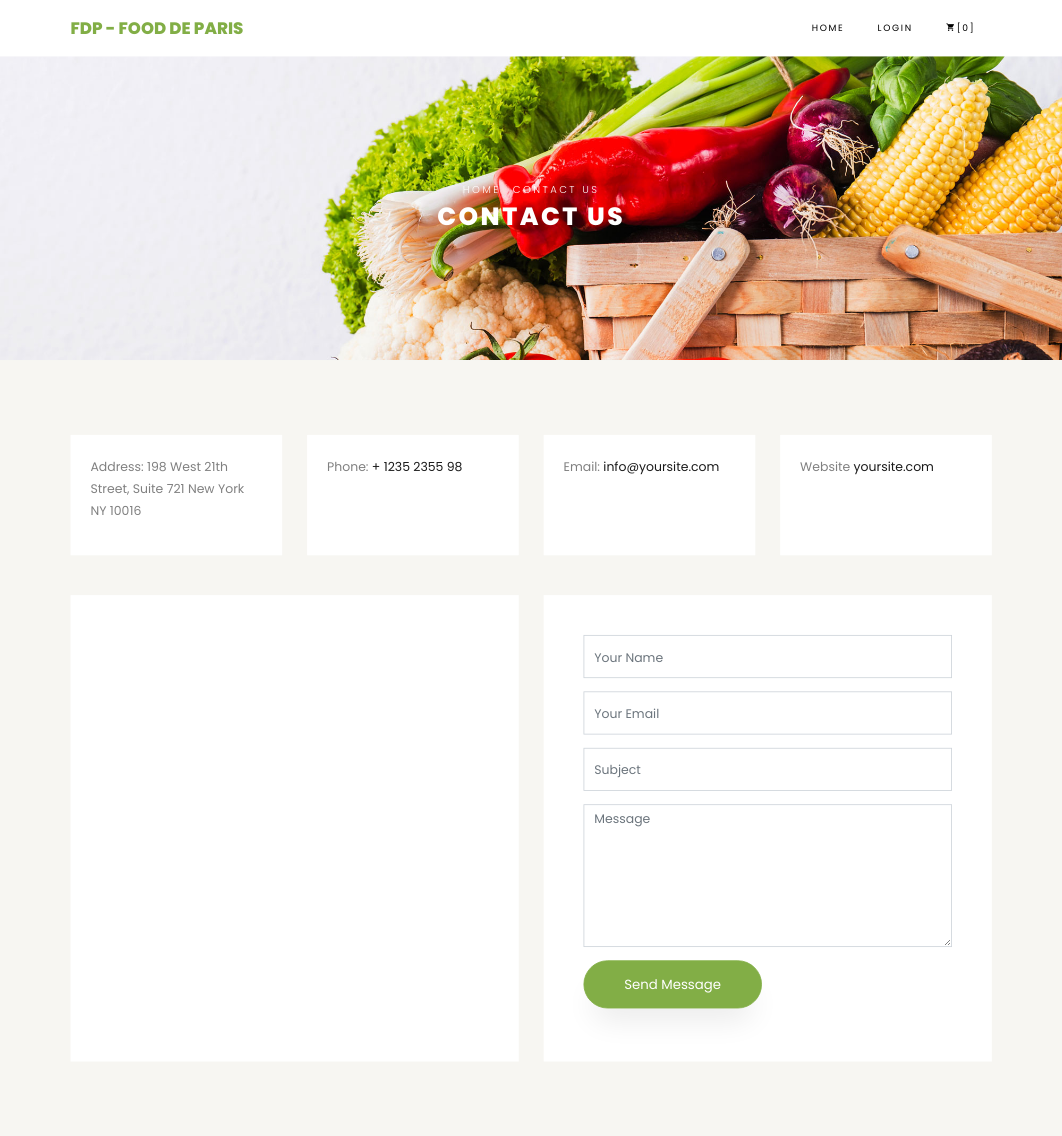
Repository: MacCampers/java-stuff
Page: workspaceJSP/projetRestaurant/WebContent/contact.html
These files come from the project's save history. The page is drawn as it stood at one moment and after the next save; the edit follows.
The browser window is 1280 px wide. The pictures show the whole page, at 83% of full size.
Some web fonts or font styles are not loaded; a fallback is used.

Above is the page before, as saved 2020-02-07 14:00:12.

### workspaceJSP/projetRestaurant/WebContent/contact.html
<!DOCTYPE html>
<html lang="en">
<head>
<title>FDP - Food De Paris</title>
<meta charset="utf-8">
<meta name="viewport"
	content="width=device-width, initial-scale=1, shrink-to-fit=no">

<link
	href="https://fonts.googleapis.com/css?family=Poppins:200,300,400,500,600,700,800&display=swap"
	rel="stylesheet">
<link
	href="https://fonts.googleapis.com/css?family=Lora:400,400i,700,700i&display=swap"
	rel="stylesheet">
<link
	href="https://fonts.googleapis.com/css?family=Amatic+SC:400,700&display=swap"
	rel="stylesheet">

<link rel="stylesheet" href="css/open-iconic-bootstrap.min.css">
<link rel="stylesheet" href="css/animate.css">

<link rel="stylesheet" href="css/owl.carousel.min.css">
<link rel="stylesheet" href="css/owl.theme.default.min.css">
<link rel="stylesheet" href="css/magnific-popup.css">

<link rel="stylesheet" href="css/aos.css">

<link rel="stylesheet" href="css/ionicons.min.css">

<link rel="stylesheet" href="css/bootstrap-datepicker.css">
<link rel="stylesheet" href="css/jquery.timepicker.css">

<link rel="stylesheet" href="css/flaticon.css">
<link rel="stylesheet" href="css/icomoon.css">
<link rel="stylesheet" href="css/style.css">
</head>
<body class="goto-here">

	<nav
		class="navbar navbar-expand-lg navbar-dark ftco_navbar bg-dark ftco-navbar-light"
		id="ftco-navbar">
		<div class="container">
			<a class="navbar-brand" href="index.html">FDP - Food De Paris</a>
			<button class="navbar-toggler" type="button" data-toggle="collapse"
				data-target="#ftco-nav" aria-controls="ftco-nav"
				aria-expanded="false" aria-label="Toggle navigation">
				<span class="oi oi-menu"></span> Menu
			</button>

			<div class="collapse navbar-collapse" id="ftco-nav">
				<ul class="navbar-nav ml-auto">
					<li class="nav-item active"><a href="index.html"
						class="nav-link">Home</a></li>
					<li class="nav-item active"><a href="index.html"
						class="nav-link">Login</a></li>

					<li class="nav-item cta cta-colored"><a href="cart.html"
						class="nav-link"><span class="icon-shopping_cart"></span>[0]</a></li>

				</ul>
			</div>
		</div>
	</nav>
    <!-- END nav -->

    <div class="hero-wrap hero-bread" style="background-image: url('images/bg_1.jpg');">
      <div class="container">
        <div class="row no-gutters slider-text align-items-center justify-content-center">
          <div class="col-md-9 ftco-animate text-center">
          	<p class="breadcrumbs"><span class="mr-2"><a href="index.html">Home</a></span> <span>Contact us</span></p>
            <h1 class="mb-0 bread">Contact us</h1>
          </div>
        </div>
      </div>
    </div>

    <section class="ftco-section contact-section bg-light">
      <div class="container">
      	<div class="row d-flex mb-5 contact-info">
          <div class="w-100"></div>
          <div class="col-md-3 d-flex">
          	<div class="info bg-white p-4">
	            <p><span>Address:</span> 198 West 21th Street, Suite 721 New York NY 10016</p>
	          </div>
          </div>
          <div class="col-md-3 d-flex">
          	<div class="info bg-white p-4">
	            <p><span>Phone:</span> <a href="tel://1234567920">+ 1235 2355 98</a></p>
	          </div>
          </div>
          <div class="col-md-3 d-flex">
          	<div class="info bg-white p-4">
	            <p><span>Email:</span> <a href="mailto:info@yoursite.com">info@yoursite.com</a></p>
	          </div>
          </div>
          <div class="col-md-3 d-flex">
          	<div class="info bg-white p-4">
	            <p><span>Website</span> <a href="#">yoursite.com</a></p>
	          </div>
          </div>
        </div>
        <div class="row block-9">
          <div class="col-md-6 order-md-last d-flex">
            <form action="#" class="bg-white p-5 contact-form">
              <div class="form-group">
                <input type="text" class="form-control" placeholder="Your Name">
              </div>
              <div class="form-group">
                <input type="text" class="form-control" placeholder="Your Email">
              </div>
              <div class="form-group">
                <input type="text" class="form-control" placeholder="Subject">
              </div>
              <div class="form-group">
                <textarea name="" id="" cols="30" rows="7" class="form-control" placeholder="Message"></textarea>
              </div>
              <div class="form-group">
                <input type="submit" value="Send Message" class="btn btn-primary py-3 px-5">
              </div>
            </form>

          </div>

          <div class="col-md-6 d-flex">
          	<div id="map" class="bg-white"></div>
          </div>
        </div>
      </div>
    </section>


  <!-- loader -->
  <div id="ftco-loader" class="show fullscreen"><svg class="circular" width="48px" height="48px"><circle class="path-bg" cx="24" cy="24" r="22" fill="none" stroke-width="4" stroke="#eeeeee"/><circle class="path" cx="24" cy="24" r="22" fill="none" stroke-width="4" stroke-miterlimit="10" stroke="#F96D00"/></svg></div>


  <script src="js/jquery.min.js"></script>
  <script src="js/jquery-migrate-3.0.1.min.js"></script>
  <script src="js/popper.min.js"></script>
  <script src="js/bootstrap.min.js"></script>
  <script src="js/jquery.easing.1.3.js"></script>
  <script src="js/jquery.waypoints.min.js"></script>
  <script src="js/jquery.stellar.min.js"></script>
  <script src="js/owl.carousel.min.js"></script>
  <script src="js/jquery.magnific-popup.min.js"></script>
  <script src="js/aos.js"></script>
  <script src="js/jquery.animateNumber.min.js"></script>
  <script src="js/bootstrap-datepicker.js"></script>
  <script src="js/scrollax.min.js"></script>
  <script src="js/main.js"></script>

  </body>
</html>

### workspaceJSP/projetRestaurant/WebContent/js/main.js
 AOS.init({
 	duration: 800,
 	easing: 'slide'
 });

(function($) {

	"use strict";

	var isMobile = {
		Android: function() {
			return navigator.userAgent.match(/Android/i);
		},
			BlackBerry: function() {
			return navigator.userAgent.match(/BlackBerry/i);
		},
			iOS: function() {
			return navigator.userAgent.match(/iPhone|iPad|iPod/i);
		},
			Opera: function() {
			return navigator.userAgent.match(/Opera Mini/i);
		},
			Windows: function() {
			return navigator.userAgent.match(/IEMobile/i);
		},
			any: function() {
			return (isMobile.Android() || isMobile.BlackBerry() || isMobile.iOS() || isMobile.Opera() || isMobile.Windows());
		}
	};


	$(window).stellar({
    responsive: true,
    parallaxBackgrounds: true,
    parallaxElements: true,
    horizontalScrolling: false,
    hideDistantElements: false,
    scrollProperty: 'scroll'
  });


	var fullHeight = function() {

		$('.js-fullheight').css('height', $(window).height());
		$(window).resize(function(){
			$('.js-fullheight').css('height', $(window).height());
		});

	};
	fullHeight();

	// loader
	var loader = function() {
		setTimeout(function() {
			if($('#ftco-loader').length > 0) {
				$('#ftco-loader').removeClass('show');
			}
		}, 1);
	};
	loader();

	// Scrollax
   $.Scrollax();

	var carousel = function() {
		$('.home-slider').owlCarousel({
	    loop:true,
	    autoplay: true,
	    margin:0,
	    animateOut: 'fadeOut',
	    animateIn: 'fadeIn',
	    nav:false,
	    autoplayHoverPause: false,
	    items: 1,
	    navText : ["<span class='ion-md-arrow-back'></span>","<span class='ion-chevron-right'></span>"],
	    responsive:{
	      0:{
	        items:1
	      },
	      600:{
	        items:1
	      },
	      1000:{
	        items:1
	      }
	    }
		});

		$('.carousel-testimony').owlCarousel({
			center: true,
			loop: true,
			items:1,
			margin: 30,
			stagePadding: 0,
			nav: false,
			navText: ['<span class="ion-ios-arrow-back">', '<span class="ion-ios-arrow-forward">'],
			responsive:{
				0:{
					items: 1
				},
				600:{
					items: 3
				},
				1000:{
					items: 3
				}
			}
		});

	};
	carousel();

	$('nav .dropdown').hover(function(){
		var $this = $(this);
		// 	 timer;
		// clearTimeout(timer);
		$this.addClass('show');
		$this.find('> a').attr('aria-expanded', true);
		// $this.find('.dropdown-menu').addClass('animated-fast fadeInUp show');
		$this.find('.dropdown-menu').addClass('show');
	}, function(){
		var $this = $(this);
			// timer;
		// timer = setTimeout(function(){
			$this.removeClass('show');
			$this.find('> a').attr('aria-expanded', false);
			// $this.find('.dropdown-menu').removeClass('animated-fast fadeInUp show');
			$this.find('.dropdown-menu').removeClass('show');
		// }, 100);
	});


	$('#dropdown04').on('show.bs.dropdown', function () {
	  console.log('show');
	});

	// scroll
	var scrollWindow = function() {
		$(window).scroll(function(){
			var $w = $(this),
					st = $w.scrollTop(),
					navbar = $('.ftco_navbar'),
					sd = $('.js-scroll-wrap');

			if (st > 150) {
				if ( !navbar.hasClass('scrolled') ) {
					navbar.addClass('scrolled');
				}
			}
			if (st < 150) {
				if ( navbar.hasClass('scrolled') ) {
					navbar.removeClass('scrolled sleep');
				}
			}
			if ( st > 350 ) {
				if ( !navbar.hasClass('awake') ) {
					navbar.addClass('awake');
				}

				if(sd.length > 0) {
					sd.addClass('sleep');
				}
			}
			if ( st < 350 ) {
				if ( navbar.hasClass('awake') ) {
					navbar.removeClass('awake');
					navbar.addClass('sleep');
				}
				if(sd.length > 0) {
					sd.removeClass('sleep');
				}
			}
		});
	};
	scrollWindow();


	var counter = function() {

		$('#section-counter').waypoint( function( direction ) {

			if( direction === 'down' && !$(this.element).hasClass('ftco-animated') ) {

				var comma_separator_number_step = $.animateNumber.numberStepFactories.separator(',')
				$('.number').each(function(){
					var $this = $(this),
						num = $this.data('number');
						console.log(num);
					$this.animateNumber(
					  {
					    number: num,
					    numberStep: comma_separator_number_step
					  }, 7000
					);
				});

			}

		} , { offset: '95%' } );

	}
	counter();

	var contentWayPoint = function() {
		var i = 0;
		$('.ftco-animate').waypoint( function( direction ) {

			if( direction === 'down' && !$(this.element).hasClass('ftco-animated') ) {

				i++;

				$(this.element).addClass('item-animate');
				setTimeout(function(){

					$('body .ftco-animate.item-animate').each(function(k){
						var el = $(this);
						setTimeout( function () {
							var effect = el.data('animate-effect');
							if ( effect === 'fadeIn') {
								el.addClass('fadeIn ftco-animated');
							} else if ( effect === 'fadeInLeft') {
								el.addClass('fadeInLeft ftco-animated');
							} else if ( effect === 'fadeInRight') {
								el.addClass('fadeInRight ftco-animated');
							} else {
								el.addClass('fadeInUp ftco-animated');
							}
							el.removeClass('item-animate');
						},  k * 50, 'easeInOutExpo' );
					});

				}, 100);

			}

		} , { offset: '95%' } );
	};
	contentWayPoint();


	// navigation
	var OnePageNav = function() {
		$(".smoothscroll[href^='#'], #ftco-nav ul li a[href^='#']").on('click', function(e) {
		 	e.preventDefault();

		 	var hash = this.hash,
		 			navToggler = $('.navbar-toggler');
		 	$('html, body').animate({
		    scrollTop: $(hash).offset().top
		  }, 700, 'easeInOutExpo', function(){
		    window.location.hash = hash;
		  });


		  if ( navToggler.is(':visible') ) {
		  	navToggler.click();
		  }
		});
		$('body').on('activate.bs.scrollspy', function () {
		  console.log('nice');
		})
	};
	OnePageNav();


	// magnific popup
	$('.image-popup').magnificPopup({
    type: 'image',
    closeOnContentClick: true,
    closeBtnInside: false,
    fixedContentPos: true,
    mainClass: 'mfp-no-margins mfp-with-zoom', // class to remove default margin from left and right side
     gallery: {
      enabled: true,
      navigateByImgClick: true,
      preload: [0,1] // Will preload 0 - before current, and 1 after the current image
    },
    image: {
      verticalFit: true
    },
    zoom: {
      enabled: true,
      duration: 300 // don't foget to change the duration also in CSS
    }
  });

  $('.popup-youtube, .popup-vimeo, .popup-gmaps').magnificPopup({
    disableOn: 700,
    type: 'iframe',
    mainClass: 'mfp-fade',
    removalDelay: 160,
    preloader: false,

    fixedContentPos: false
  });



	var goHere = function() {

		$('.mouse-icon').on('click', function(event){

			event.preventDefault();

			$('html,body').animate({
				scrollTop: $('.goto-here').offset().top
			}, 500, 'easeInOutExpo');

			return false;
		});
	};
	goHere();


	function makeTimer() {

		var endTime = new Date("21 December 2019 9:56:00 GMT+01:00");
		endTime = (Date.parse(endTime) / 1000);

		var now = new Date();
		now = (Date.parse(now) / 1000);

		var timeLeft = endTime - now;

		var days = Math.floor(timeLeft / 86400);
		var hours = Math.floor((timeLeft - (days * 86400)) / 3600);
		var minutes = Math.floor((timeLeft - (days * 86400) - (hours * 3600 )) / 60);
		var seconds = Math.floor((timeLeft - (days * 86400) - (hours * 3600) - (minutes * 60)));

		if (hours < "10") { hours = "0" + hours; }
		if (minutes < "10") { minutes = "0" + minutes; }
		if (seconds < "10") { seconds = "0" + seconds; }

		$("#days").html(days + "<span>Days</span>");
		$("#hours").html(hours + "<span>Hours</span>");
		$("#minutes").html(minutes + "<span>Minutes</span>");
		$("#seconds").html(seconds + "<span>Seconds</span>");

}

setInterval(function() { makeTimer(); }, 1000);



})(jQuery);

Loaded but not shown: workspaceJSP/projetRestaurant/WebContent/css/open-iconic-bootstrap.min.css (library); workspaceJSP/projetRestaurant/WebContent/css/animate.css (library); workspaceJSP/projetRestaurant/WebContent/css/owl.carousel.min.css (library); workspaceJSP/projetRestaurant/WebContent/css/owl.theme.default.min.css (common file); workspaceJSP/projetRestaurant/WebContent/css/magnific-popup.css (library); workspaceJSP/projetRestaurant/WebContent/css/aos.css (library); workspaceJSP/projetRestaurant/WebContent/css/ionicons.min.css (library); workspaceJSP/projetRestaurant/WebContent/css/bootstrap-datepicker.css (library); workspaceJSP/projetRestaurant/WebContent/css/jquery.timepicker.css (common file); workspaceJSP/projetRestaurant/WebContent/css/flaticon.css (common file); workspaceJSP/projetRestaurant/WebContent/css/icomoon.css (common file); workspaceJSP/projetRestaurant/WebContent/css/style.css (library); workspaceJSP/projetRestaurant/WebContent/js/jquery.min.js (library); workspaceJSP/projetRestaurant/WebContent/js/jquery-migrate-3.0.1.min.js (library); workspaceJSP/projetRestaurant/WebContent/js/popper.min.js (library); workspaceJSP/projetRestaurant/WebContent/js/bootstrap.min.js (library); workspaceJSP/projetRestaurant/WebContent/js/jquery.easing.1.3.js (library); workspaceJSP/projetRestaurant/WebContent/js/jquery.waypoints.min.js (library); workspaceJSP/projetRestaurant/WebContent/js/jquery.stellar.min.js (library); workspaceJSP/projetRestaurant/WebContent/js/owl.carousel.min.js (library); workspaceJSP/projetRestaurant/WebContent/js/jquery.magnific-popup.min.js (library); workspaceJSP/projetRestaurant/WebContent/js/aos.js (library); workspaceJSP/projetRestaurant/WebContent/js/jquery.animateNumber.min.js (common file); workspaceJSP/projetRestaurant/WebContent/js/bootstrap-datepicker.js (library); workspaceJSP/projetRestaurant/WebContent/js/scrollax.min.js (library)

After the next save:
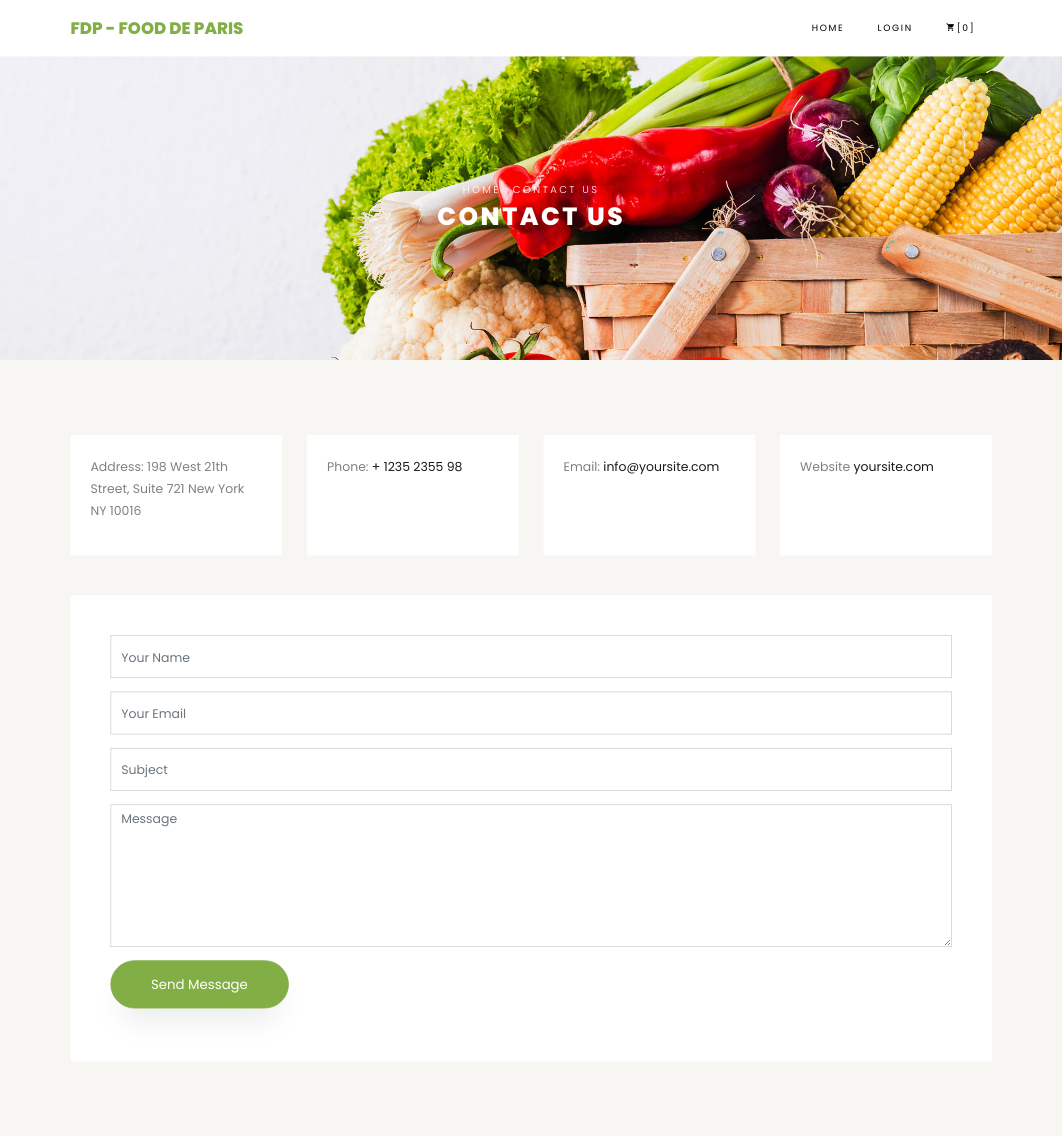
Saved 36 s later.
--- a/workspaceJSP/projetRestaurant/WebContent/contact.html
+++ b/workspaceJSP/projetRestaurant/WebContent/contact.html
@@ -100,7 +100,7 @@
           </div>
         </div>
         <div class="row block-9">
-          <div class="col-md-6 order-md-last d-flex">
+          <div class="col-md-12 order-md-last d-flex">
             <form action="#" class="bg-white p-5 contact-form">
               <div class="form-group">
                 <input type="text" class="form-control" placeholder="Your Name">
@@ -119,10 +119,6 @@
               </div>
             </form>
 
-          </div>
-
-          <div class="col-md-6 d-flex">
-          	<div id="map" class="bg-white"></div>
           </div>
         </div>
       </div>
